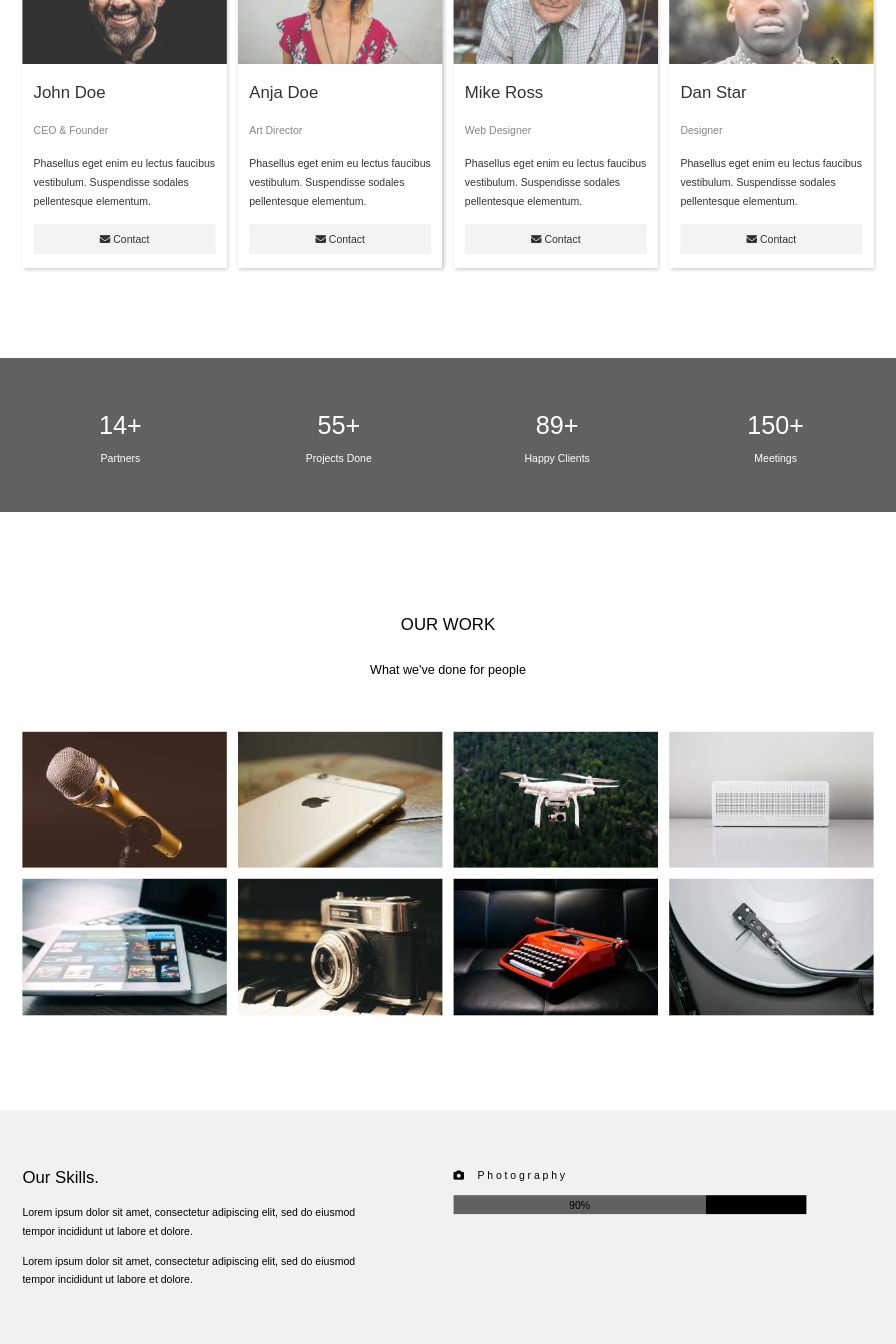
Repository: husterDC/Test
Page: index.html
An editor plug-in stored every save of this project. The page is shown before and after the next save, followed by the edit.
The browser window is 1280 px wide. The pictures show the part of the page from y = 2659 to 4579 px (the page is 4579 px tall), at 70% of full size.

Above is the page before, as saved 2022-10-14 09:10:39.

### index.html
<!DOCTYPE html>
<html lang="en">
<head>
    <meta charset="UTF-8">
    <meta http-equiv="X-UA-Compatible" content="IE=edge">
    <meta name="viewport" content="width=device-width, initial-scale=1.0">
    <title>Document</title>
    <link rel="stylesheet" href="./assets/base.css">
    <link rel="stylesheet" href="./assets/style.css">
    <link rel="stylesheet" href="./assets/css/responsive.css">
    <link rel="stylesheet" href="./fonts/themify-icons/themify-icons.css">
    <link rel="stylesheet" href="./assets/fontawesome-free-6.1.1-web/css/all.min.css">
</head>
</head>
<body>
    <div class="header">
        <div class="header_logo">
            <a href="" class="header_logo-link">Logo</a>
        </div>
        <div class="header_nav">
            <ul class="header_nav-menu">
                <li class="header_nav-item">

                    <a href="#container_about" class="header_nav-link">ABOUT</a>
                </li>
                <li class="header_nav-item">
                    <a href="#container_team" class="header_nav-link">
                        <i class="header_nav-icon header-nav_icon fa-solid fa-user-plus"></i>
                        TEAM
                    </a>
                </li>
                <li class="header_nav-item">
                    <a href="#container_work" class="header_nav-link">
                        <i class="header_nav-icon fa-solid fa-grip"></i>
                        WORK
                    </a>
                </li>
                <li class="header_nav-item">
                    <a href="" class="header_nav-link">
                        <i class="header_nav-icon fa-solid fa-dollar-sign"></i>
                        PRICING
                    </a>
                </li>
                <li class="header_nav-item">
                    <a href="" class="header_nav-link">
                        <i class="header_nav-icon fa-solid fa-envelope"></i>
                        CONTACT
                    </a>
                </li>
            </ul>
        </div>
    </div>
    <div class="slider">
        <div class="slider_content">
            <div class="slider_title">Start something that matters</div>
            <div class="slider_dec">Stop wasting valuable time with projects that just isn't you.</div>
            <a href="" class="slider_link">
                <button class="slider_btn">Learn more and start today</button>
            </a>
        </div>
        <div class="slider_social">
            <a href="" class="slider_social-link"><i class="slider_social-icon fa-brands fa-facebook"></i></a>
            <a href="" class="slider_social-link"><i class="slider_social-icon fa-brands fa-instagram"></i></a>
            <a href="" class="slider_social-link"><i class="slider_social-icon fa-brands fa-snapchat"></i></a>
            <a href="" class="slider_social-link"><i class="slider_social-icon fa-brands fa-pinterest-p"></i></a>
            <a href="" class="slider_social-link"><i class="slider_social-icon fa-brands fa-twitter"></i></a>
            <a href="" class="slider_social-link"><i class="slider_social-icon fa-brands fa-linkedin-in"></i></a>
        </div>
    </div>
    <div class="container">
        <div class="container_base" id="container_about">
            <div class="container_about-title">ABOUT THE COMPANY</div>
            <div class="container_about-dec">Key features of our company</div>
            <div class="container_about-member">
                <div class="container_about-item">
                    <i class="container_about-item-icon fa-solid fa-desktop"></i>
                    <div class="container_about-item-name">Responsive</div>
                    <div class="container_about-item-dec">Lorem ipsum dolor sit amet, consectetur adipiscing elit, sed do eiusmod tempor incididunt ut labore et dolore.</div>
                </div>
                <div class="container_about-item">
                    <i class="container_about-item-icon fa-solid fa-heart"></i>
                    <div class="container_about-item-name">Passion</div>
                    <div class="container_about-item-dec">Lorem ipsum dolor sit amet, consectetur adipiscing elit, sed do eiusmod tempor incididunt ut labore et dolore.</div>
                </div>
                <div class="container_about-item">
                    <i class="container_about-item-icon fa-regular fa-gem"></i>
                    <div class="container_about-item-name">Design</div>
                    <div class="container_about-item-dec">Lorem ipsum dolor sit amet, consectetur adipiscing elit, sed do eiusmod tempor incididunt ut labore et dolore.</div>
                </div>
                <div class="container_about-item">
                    <i class="container_about-item-icon fa-solid fa-gear"></i>
                    <div class="container_about-item-name">Support</div>
                    <div class="container_about-item-dec">Lorem ipsum dolor sit amet, consectetur adipiscing elit, sed do eiusmod tempor incididunt ut labore et dolore.</div>
                </div>
            </div>
        </div>
        <div class="container_base container_about-sub">
            <div class="container_about-sub-wrap">
                <div class="container_about-sub-title">We know design.</div>
                <div class="container_about-sub-dec">Lorem ipsum dolor sit amet, consectetur adipiscing elit, sed do eiusmod <br> tempor incididunt ut labore et dolore.</div>
                <a href="" class="container_about-sub-btn">
                    <i class="container_about-sub-icon fa-solid fa-grip"></i>
                    View Our Works
                </a>
            </div>
            <img src="./assets/img/phone_buildings.jpg" alt="" class="container_about-img">
        </div>
        <div class="container_base" id="container_team">
            <div class="container_team-title">THE TEAM</div>
            <div class="container_team-dec">The ones who runs this company</div>
            <div class="container_team-member">
                <div class="container_team-item">
                    <img src="./assets/img/team2.jpg" alt="" class="container_team-item-img">
                    <div class="container_team-item-wrap">
                        <div class="container_team-item-name">John Doe</div>
                        <div class="container_team-item-position">CEO & Founder</div>
                        <div class="container_team-item-dec">Phasellus eget enim eu lectus faucibus vestibulum. Suspendisse sodales pellentesque elementum.</div>
                        <a href="" class="container_team-btn">
                            <i class="header_nav-icon fa-solid fa-envelope"></i>
                            Contact
                        </a>
                    </div>
                </div>
                <div class="container_team-item">
                    <img src="./assets/img/team1.jpg" alt="" class="container_team-item-img">
                    <div class="container_team-item-wrap">
                        <div class="container_team-item-name">Anja Doe</div>
                        <div class="container_team-item-position">Art Director</div>
                        <div class="container_team-item-dec">Phasellus eget enim eu lectus faucibus vestibulum. Suspendisse sodales pellentesque elementum.</div>
                        <a href="" class="container_team-btn">
                            <i class="header_nav-icon fa-solid fa-envelope"></i>
                            Contact
                        </a>
                    </div>
                </div>
                <div class="container_team-item">
                    <img src="./assets/img/team3.jpg" alt="" class="container_team-item-img">
                    <div class="container_team-item-wrap">
                        <div class="container_team-item-name">Mike Ross</div>
                        <div class="container_team-item-position">Web Designer</div>
                        <div class="container_team-item-dec">Phasellus eget enim eu lectus faucibus vestibulum. Suspendisse sodales pellentesque elementum.</div>
                        <a href="" class="container_team-btn">
                            <i class="header_nav-icon fa-solid fa-envelope"></i>
                            Contact
                        </a>
                    </div>
                </div>
                <div class="container_team-item">
                    <img src="./assets/img/team4.jpg" alt="" class="container_team-item-img">
                    <div class="container_team-item-wrap">
                        <div class="container_team-item-name">Dan Star</div>
                        <div class="container_team-item-position">Designer</div>
                        <div class="container_team-item-dec">Phasellus eget enim eu lectus faucibus vestibulum. Suspendisse sodales pellentesque elementum.</div>
                        <a href="" class="container_team-btn">
                            <i class="header_nav-icon fa-solid fa-envelope"></i>
                            Contact
                        </a>
                    </div>
                </div>
            </div>
        </div>
        <div class="container_team-sub">
            <div class="container_team-sub-item">
                <div class="container_team-sub-num">14+</div>
                <div class="container_team-sub-text">Partners</div>
            </div>
            <div class="container_team-sub-item">
                <div class="container_team-sub-num">55+</div>
                <div class="container_team-sub-text">Projects Done</div>
            </div>
            <div class="container_team-sub-item">
                <div class="container_team-sub-num">89+</div>
                <div class="container_team-sub-text">Happy Clients</div>
            </div>
            <div class="container_team-sub-item">
                <div class="container_team-sub-num">150+</div>
                <div class="container_team-sub-text">Meetings</div>
            </div>
        </div>
        <div class="container_base" id="container_work">
            <div class="container_work-title">OUR WORK</div>
            <div class="container_work-dec">What we've done for people</div>
            <div class="container_work-member">
                <div class="container_work-list">
                    <img src="./assets/img/work1.jpg" alt="" class="container_work-item">
                    <img src="./assets/img/work2.jpg" alt="" class="container_work-item">
                    <img src="./assets/img/work3.jpg" alt="" class="container_work-item">
                    <img src="./assets/img/work4.jpg" alt="" class="container_work-item">
                </div>
                <div class="container_work-list">
                    <img src="./assets/img/work5.jpg" alt="" class="container_work-item">
                    <img src="./assets/img/work6.jpg" alt="" class="container_work-item">
                    <img src="./assets/img/work7.jpg" alt="" class="container_work-item">
                    <img src="./assets/img/work8.jpg" alt="" class="container_work-item">
                </div>
            </div>
        </div>
        <div class="container_work-skill">
            <div class="container_work-skill-text">
                <div class="container_work-skill-title">Our Skills.</div>
                <div class="container_work-skill-dec">Lorem ipsum dolor sit amet, consectetur adipiscing elit, sed do eiusmod
                    tempor incididunt ut labore et dolore.
                </div>
                <div class="container_work-skill-dec">Lorem ipsum dolor sit amet, consectetur adipiscing elit, sed do eiusmod
                        tempor incididunt ut labore et dolore.
                </div>
            </div>
            <div class="container_work-skill-chart">
                <i class="container_work-skill-chart-icon fa-solid fa-camera"></i>
                <p class="container_work-skill-chart-name">Photography</p>
                <div class="container_work-skill-chart-bar">
                    90%
                </div>
                </div>
            </div>
        </div>
    </div>
</body>
</html>

### assets/base.css
html {
    font-size: 16px;
    line-height: 1.8;
    font-family: 'Roboto', sans-serif;
    box-sizing: border-box;
}
.container_base {
    padding: 128px 16px;
}

### assets/style.css
* {
    padding: 0;
    margin: 0;
    box-sizing: border-box;
}
html {

    scroll-behavior: smooth;
    font-family: Arial, Helvetica, sans-serif;
}
.white-text {
    color: #fff;
}
.clear {
    clear: both;
}
.header {
    height: 60px;
    width: 100%;
    font-size: 15px;
    background-color: #fff;
    display: flex;
    align-items: center;
    position: fixed;
    box-shadow: 0 2px 6px rgb(180, 180, 180);
    z-index: 2;
}
.header_logo {
    flex: 1;
    font-size: 18px;
    letter-spacing: 4px;
    opacity: 0.6;
}
.header_logo-link {
    position: absolute;
    left: 0;
    top: 50%;
    transform: translateY(-50%);
    padding: 0 16px;
    text-align: center;
    line-height: 60px;

}
.header_nav-menu {
    position: absolute;
    right: 0;
    top: 50%;
    transform: translateY(-50%);
    text-align: center;
}
.header_nav-item {
    line-height: 60px;
    display: inline-block;
    margin: 0;
    padding: 0 16px;
}
.header_logo-link,
.header_nav-link {
    text-decoration: none;
    color: #000;
}
.header_logo-link:hover,
.header_nav-item:hover {
    background-color: #ccc;
    cursor: pointer;
}
.slider {
    position: relative;
    height: 969px;
    background: url('./img/mac.jpg') top center / cover no-repeat;
    color: #fff;
    font-size: 18px;
    padding: 0 48px;
}
.slider_content {
    position: absolute;
    top: 50%;
    transform: translateY(-50%);
}
.slider_title {
    font-size: 64px;
    margin-bottom: 50px;
}
.slider_dec {
    margin: 15px 0;
}
.slider_btn {
    background-color: rgba(256,256,256, 0.6);
    font-size: 18px;
    border: none;
    padding: 20px 24px;
    margin-top: 20px;
}
.slider_btn:hover {
    background-color: #ccc;
}
.slider_social {
    position: absolute;
    bottom: 3%;
}
.slider_social-link {
    color: #757575;
}
.slider_social-link:hover {
    opacity: 0.6;
}
#container_about,
#container_work {
    font-size: 18px;
    text-align: center;
}
.container_about-title,
.container_team-title,
.container_work-title {
    font-size: 24px;
    margin: 10px 0;
}
.container_about-dec,
.container_team-dec,
.container_work-dec {
    margin: 28px 0 18px;
}
.container_about-member {
    display: flex;
    margin-top: 72px;
    padding: 0 8px;
}
.container_about-item-icon {
    font-size: 64px;
    margin-bottom: 16px;
}
.container_about-item-name {
    margin: 18px 0;
}
.container_about-item-dec {
    font-size: 15px;
    margin: 24px 8px 15px;
    line-height: 1.8;
}
.container_about-sub {
    background-color: #f1f1f1;
    display: flex;
    font-size: 15px;
}
.container_about-sub-wrap {
    flex: 1;
    padding: 0 16px;
}
.container_about-img {
    width: 50%;
    height: auto;
    border-radius: 24px;
    padding: 0 16px;
}
.container_about-sub-title {
    font-size: 24px;
    margin: 10px 0;
}
.container_about-sub-dec {
    margin: 15px 0 24px;
}
.container_about-sub-btn {
    background-color: #000;
    color: #fff;
    text-decoration: none;
    padding: 12px 16px;
}
.container_about-sub-btn:hover {
    color: #000;
    background-color: #ccc;
}
#container_team {
    font-size: 15px;
    text-align: center;
}
.container_team-dec {
    font-size: 18px;
}
.container_team-member {
    display: flex;
    margin-top: 64px;
    padding: 0 8px;
    opacity: 0.8;
}
.container_team-item {
    width: 25%;
    margin: 0 8px;
    text-align: left;
    box-shadow: 2px 2px 6px rgb(180, 180, 180);
}
.container_team-item-img {
    width: 100%;
}
.container_team-item-wrap {
    margin: 0 16px;
}
.container_team-item-name {
    font-size: 24px;
    margin: 10px 0;
}
.container_team-item-position {
    margin: 20px 0;
    opacity: 0.6;
}
.container_team-item-dec {
    margin: 16px 0;
}
.container_team-btn {
    display: block;
    width: 100%;
    padding: 8px 0;
    text-align: center;
    color: #000;
    text-decoration: none;
    background-color: #f1f1f1;
    margin: 20px 0;
}
.container_team-btn:hover {
    color: #000;
    background-color: #ccc;
}
.container_team-sub {
    padding: 64px 16px;
    background-color: #616161;
    color: white;
    display: flex;
    justify-content: center;
    text-align: center;
    font-size: 15px;
}
.container_team-sub-item {
    width: 25%;
}
.container_team-sub-num {
    font-size: 36px;
}
.container_work-member {
    width: 100%;
    margin-top: 64px;
}
.container_work-list {
    display: flex;
    padding: 0 8px;
}
.container_work-item {
    width: 25%;
    padding: 8px;
}
.container_work-item:hover {
    opacity: 0.6;
}
.container_work-skill {
    padding: 64px 24px;
    background-color: #f1f1f1;
    display: flex;
    font-size: 15px;
}
.container_work-skill-text {
    padding: 0 8px;
    width: 50%;
}
.container_work-skill-title {
    font-size: 24px;
    margin: 10px 0;
}
.container_work-skill-dec {
    margin: 15px 0;
    width: 80%;
}
.container_work-skill-chart {
    padding: 0 8px;
    width: 50%;
}
.container_work-skill-chart-icon {
    margin: 15px 15px 15px 0;
}
.container_work-skill-chart-name {
    display: inline-block;
    margin: 15px 0;
    letter-spacing: 4px;
}
.container_work-skill-chart-bar {
    display: block;
    position: relative;
    background-color: #616161;
    text-align: center;
    width: 60%;
}
.container_work-skill-chart-bar::after {
    content: "";
    display: block;
    position: absolute;
    background-color: #000;
    width: 40%;
    height: 100%;
    top: 0;
    right: -40%;
}

Loaded but not shown: fonts/themify-icons/themify-icons.css (common file); assets/fontawesome-free-6.1.1-web/css/all.min.css (library); assets/responsive.css (no copy from this time; the picture is the same without it)

After the next save:
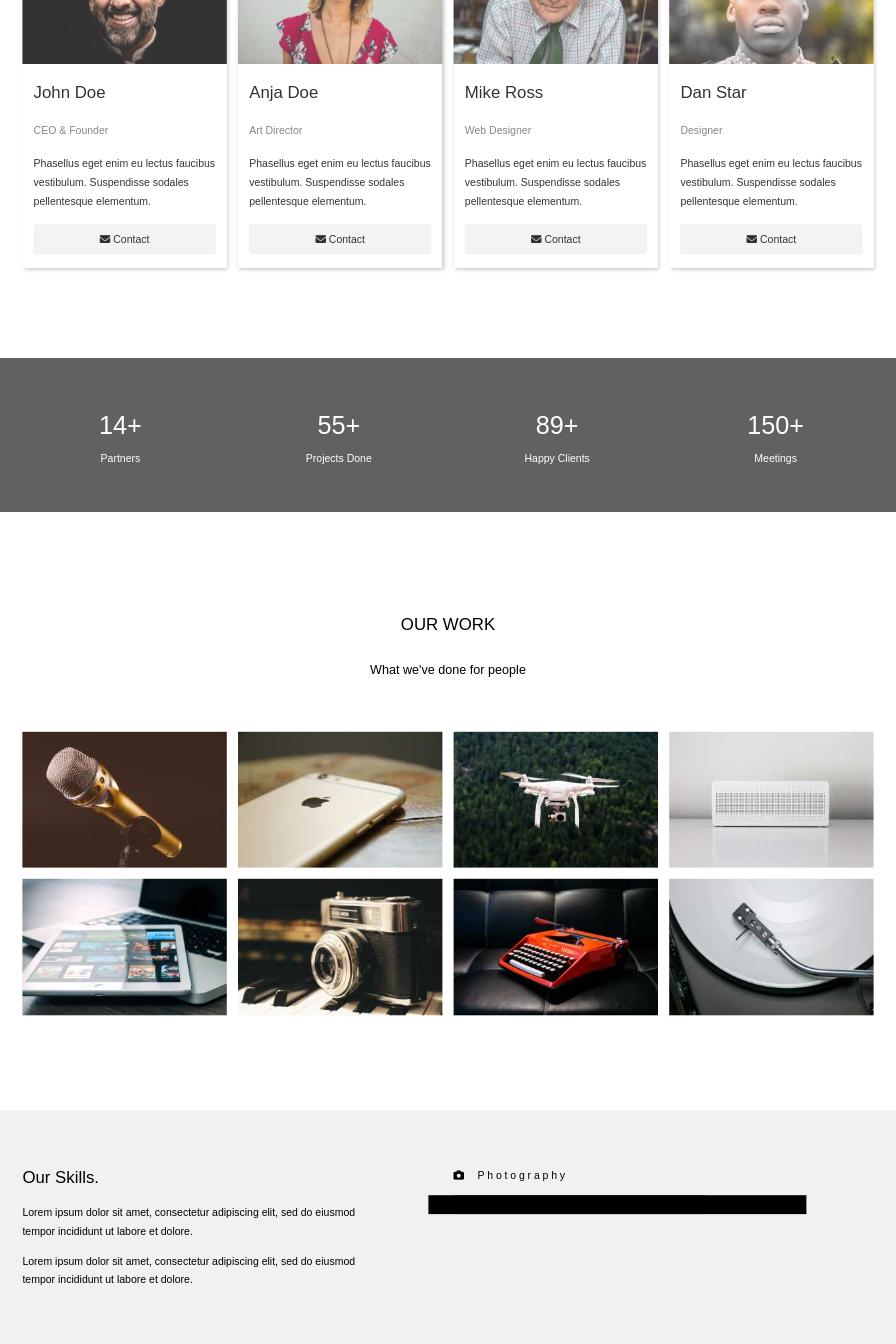
Saved 4 min 54 s later.
--- a/assets/style.css
+++ b/assets/style.css
@@ -291,7 +291,7 @@
     display: block;
     position: absolute;
     background-color: #000;
-    width: 40%;
+    width: calc(60 / 40 * 100%);
     height: 100%;
     top: 0;
     right: -40%;
